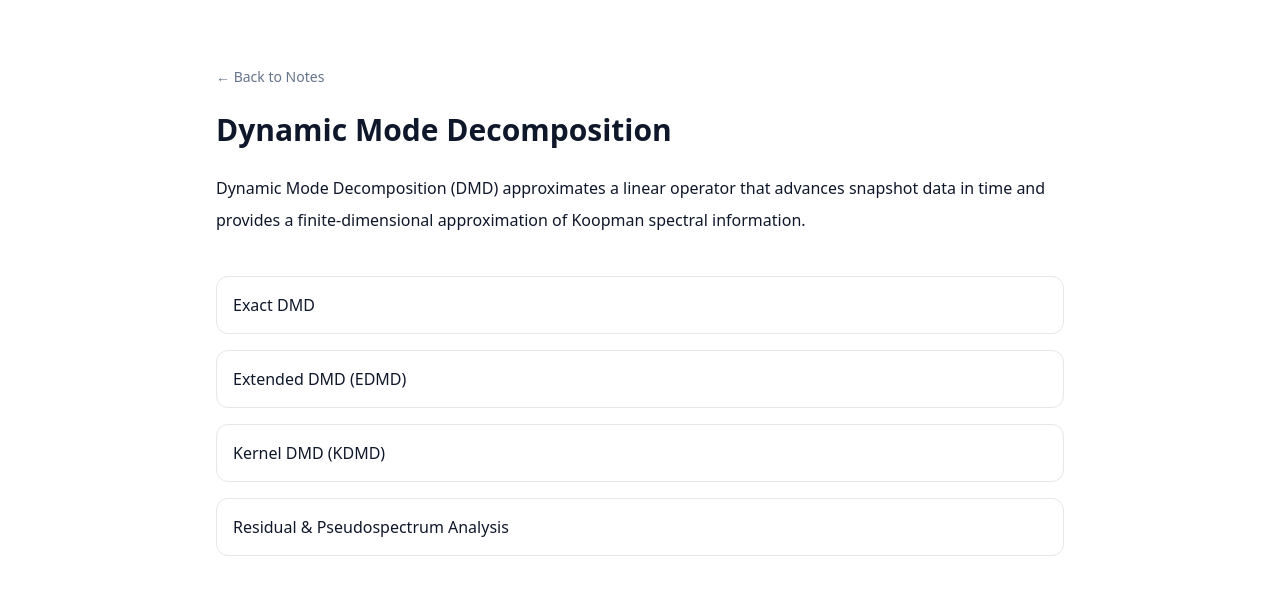
Repository: JWS625/JWS625.github.io
Page: notes/modal_analysis/index.html
The author's editor kept a copy of each file at every save. The page is drawn from the files as they stood at one save, then again after the next save.
The browser window is 1280 px wide. The pictures show the whole page.
Some web libraries are served in a nearby version.

Above is the page before, as saved 2026-02-20 17:32:42.

After the next save:
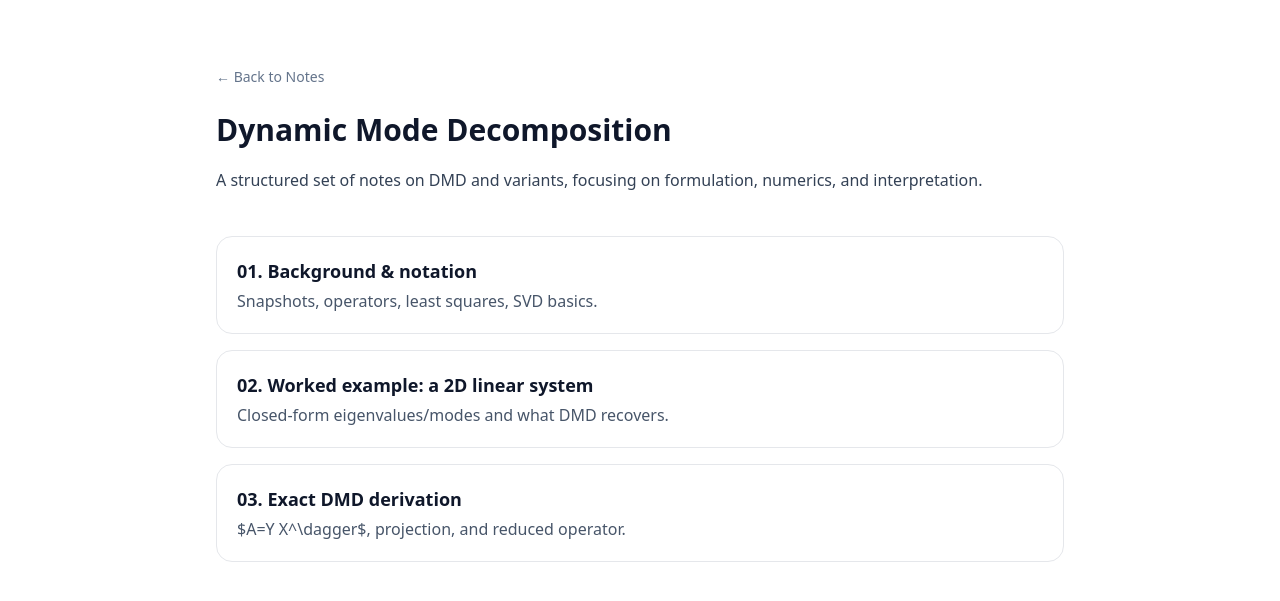
Saved 15 min 9 s later.
--- a/notes/modal_analysis/index.html
+++ b/notes/modal_analysis/index.html
@@ -1,47 +1,37 @@
 <!doctype html>
 <html>
 <head>
-<meta charset="utf-8">
-<title>Modal Analysis | Research Notes</title>
-<script src="https://cdn.tailwindcss.com"></script>
+    <meta charset="utf-8">
+    <meta name="viewport" content="width=device-width,initial-scale=1">
+    <title>Modal Analysis | Research Notes</title>
+    <script src="https://cdn.tailwindcss.com"></script>
 </head>
-
 <body class="bg-white text-slate-900">
 <div class="max-w-4xl mx-auto px-6 py-16">
 
-<a href="../index.html" class="text-sm text-slate-500 hover:text-black">
-← Back to Notes
-</a>
+  <a href="../index.html" class="text-sm text-slate-500 hover:text-black">← Back to Notes</a>
 
-<h1 class="text-3xl font-semibold mt-6">
-Dynamic Mode Decomposition
-</h1>
+  <h1 class="text-3xl font-semibold mt-6">Dynamic Mode Decomposition</h1>
+  <p class="mt-4 text-slate-700 leading-8">
+    A structured set of notes on DMD and variants, focusing on formulation, numerics, and interpretation.
+  </p>
 
-<p class="mt-6 leading-8">
-Dynamic Mode Decomposition (DMD) approximates a linear operator
-that advances snapshot data in time and provides a finite-dimensional
-approximation of Koopman spectral information.
-</p>
+  <div class="mt-10 space-y-4">
+    <a href="01_background.html" class="block p-5 border rounded-2xl hover:bg-slate-50">
+      <h2 class="text-lg font-semibold">01. Background & notation</h2>
+      <p class="mt-1 text-slate-600">Snapshots, operators, least squares, SVD basics.</p>
+    </a>
 
-<div class="mt-10 space-y-4">
+    <a href="02_2d_system.html" class="block p-5 border rounded-2xl hover:bg-slate-50">
+      <h2 class="text-lg font-semibold">02. Worked example: a 2D linear system</h2>
+      <p class="mt-1 text-slate-600">Closed-form eigenvalues/modes and what DMD recovers.</p>
+    </a>
 
-<a href="exact.html" class="block p-4 border rounded-xl hover:bg-slate-50">
-Exact DMD
-</a>
-
-<a href="edmd.html" class="block p-4 border rounded-xl hover:bg-slate-50">
-Extended DMD (EDMD)
-</a>
-
-<a href="kdmd.html" class="block p-4 border rounded-xl hover:bg-slate-50">
-Kernel DMD (KDMD)
-</a>
-
-<a href="residual.html" class="block p-4 border rounded-xl hover:bg-slate-50">
-Residual & Pseudospectrum Analysis
-</a>
-
-</div>
+    <a href="03_exact_dmd.html" class="block p-5 border rounded-2xl hover:bg-slate-50">
+      <h2 class="text-lg font-semibold">03. Exact DMD derivation</h2>
+      <p class="mt-1 text-slate-600">$A=Y X^\dagger$, projection, and reduced operator.</p>
+    </a>
+  </div>
 
 </div>
 </body>
